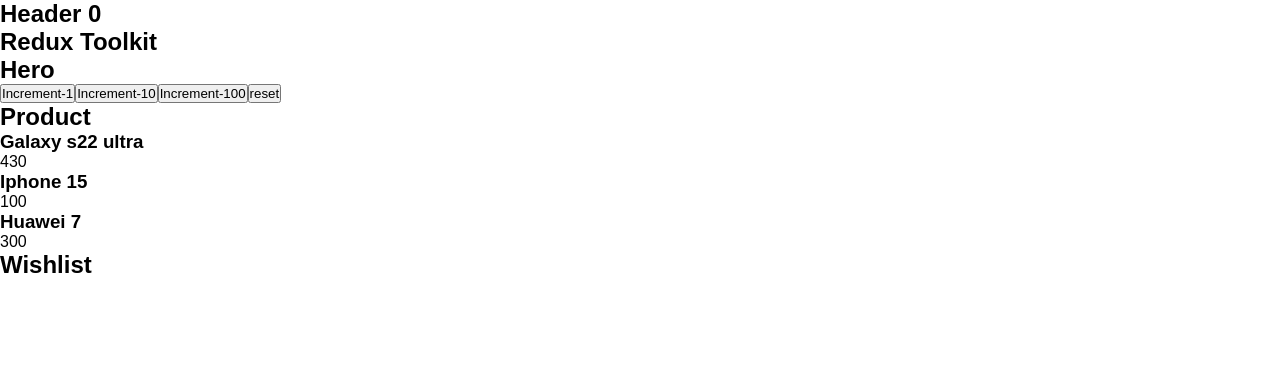
Repository: SitoraRashidova/userCrudFront
Page: /
These files come from the project's save history. The page is drawn as it stood at one moment and after a run of saves; the edit follows.
The browser window is 1280 px wide. The pictures show the whole page.
The project was rebuilt for these pictures with package versions that can differ from the ones it lists, and the page was loaded fresh each time. Also part of the build but not shown: vite.config.js.

Above is the page before, as saved 2024-12-09 23:38:49.

After the next 2 saves:
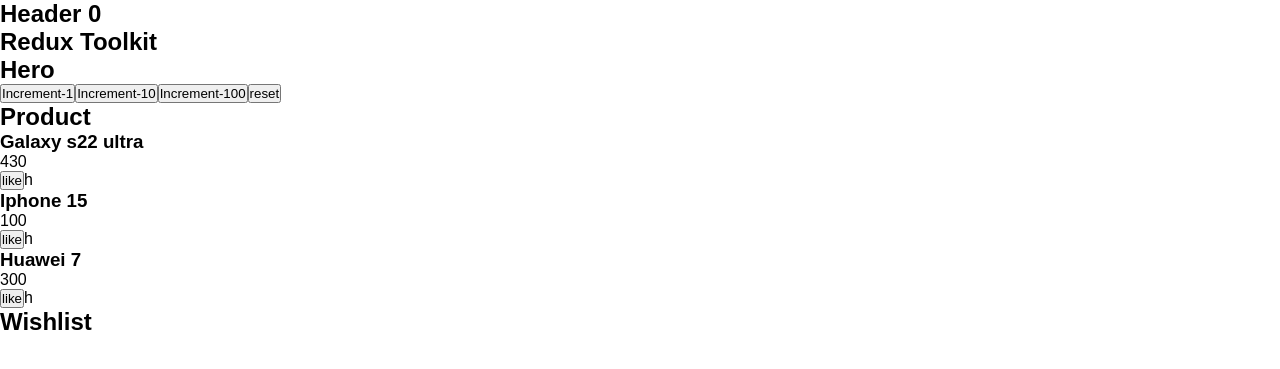
The 2 saves are shown as one change because they came seconds apart.
The last was saved 13 s later.
--- a/src/components/Product.jsx
+++ b/src/components/Product.jsx
@@ -25,6 +25,8 @@
         <div key={item.id}>
           <h3>{item.title}</h3>
           <p>{item.price}</p>
+          <button>like</button>
+          h
         </div>
       ))}
     </div>
